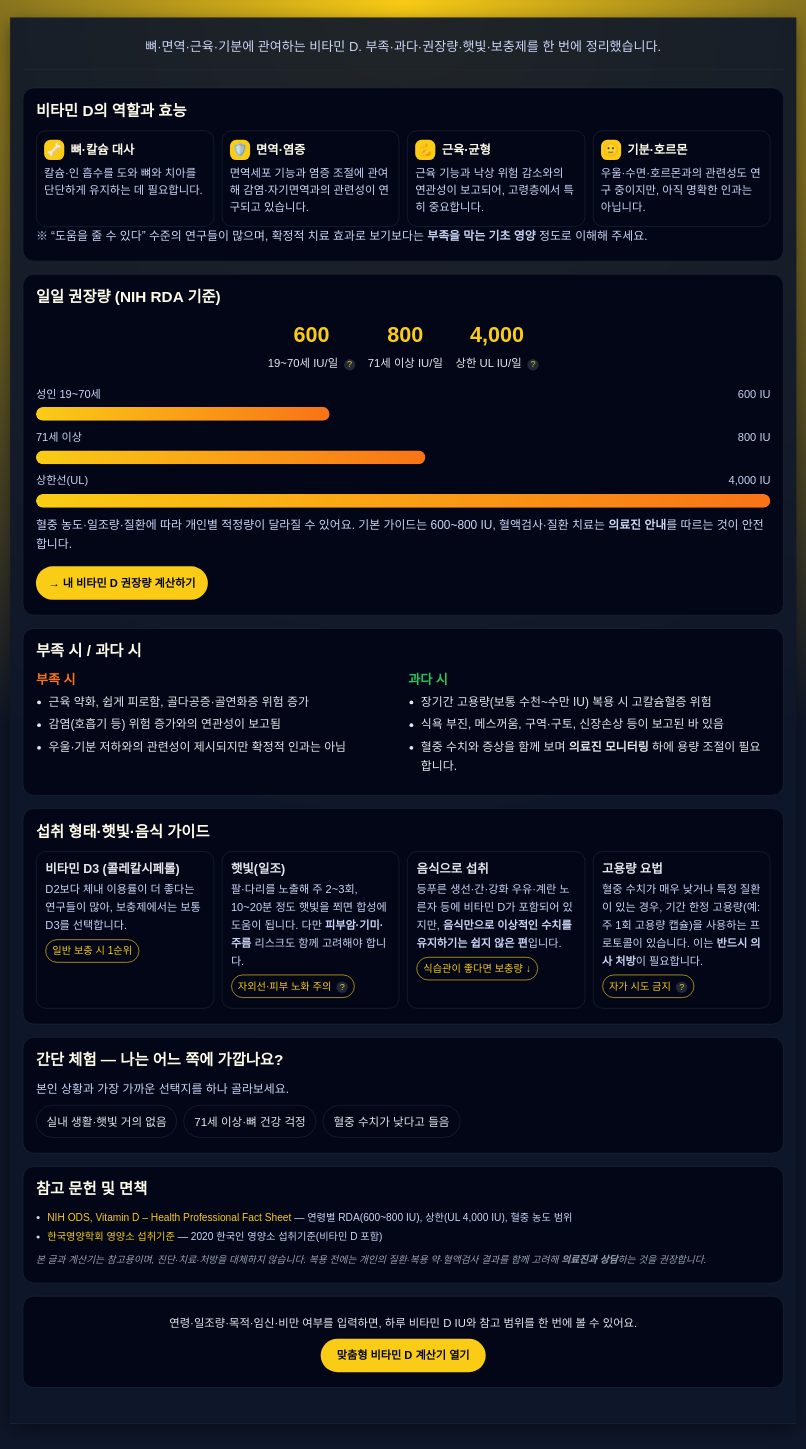
Repository: wevesoft/blog-health
Page: wordpress/blog/wp-infographic-vitamin-d.html
The author's editor kept a copy of each file at every save. The page is drawn from the files as they stood at one save, then again after the next save.
The browser window is 1280 px wide. The pictures show the whole page, at 63% of full size.

Above is the page before, as saved 2026-03-03 17:21:50.

### wordpress/blog/wp-infographic-vitamin-d.html
<!--
  워드프레스 적용: "사용자 정의 HTML" 블록에 이 파일에서 <style> 부터 </script> 까지 통째로 복사해 붙여넣으세요.
  계산기 링크: data-calc-url 값을 실제 비타민 D 계산기 페이지 주소로 바꾸세요.
  예: https://내블로그.com/vitamin-d-dosage-calculator/
  템플릿: 마그네슘 인포그래픽과 같은 구조(H2→H3→H4, .vd-shell)를 사용합니다.
-->
<style>
/* ===== 워드프레스 비타민 D 인포그래픽 공통 (모바일·PC 글자 큼) ===== */
html, body { margin:0; background:#0f172a; font-size: 18px; }
#vd-infographic {
  width: 100%;
  max-width: 100%;
  margin: 0 auto;
  padding: 28px 16px 40px;
  box-sizing: border-box;
  background: radial-gradient(circle at top, #facc15 0, #0f172a 55%);
  font-family: 'Noto Sans KR', sans-serif;
  color: #e5e7eb;
  line-height: 1.65;
  font-size: 1.0625rem;
}
.vd-shell {
  width: 100%;
  max-width: 100%;
  margin: 0;
  background: rgba(15,23,42,0.92);
  border-radius: 0;
  border: none;
  border-top: 1px solid #1f2937;
  border-bottom: 1px solid #1f2937;
  box-shadow: 0 8px 30px rgba(0,0,0,0.5);
  padding: 28px 20px 36px;
  box-sizing: border-box;
}
.vd-shell * { box-sizing: border-box; }

/* 헤더 */
.vd-header {
  text-align: center;
  margin-bottom: 28px;
  padding-bottom: 20px;
  border-bottom: 1px solid #1f2937;
}
.vd-header p {
  font-size: 1.15rem;
  color: #cbd5f5;
  margin: 0;
  line-height: 1.6;
}

/* 섹션 공통 · H2 / H3 / H4 계층 */
.vd-section {
  border-radius: 18px;
  padding: 20px 20px 24px;
  background: #020617;
  border: 1px solid #1f2937;
  margin-bottom: 20px;
}
.vd-section h2 {
  font-size: 1.35rem;
  font-weight: 700;
  margin: 0 0 14px;
  color: #fefce8;
  line-height: 1.35;
}
.vd-section h3 {
  font-size: 1.2rem;
  font-weight: 600;
  margin: 0 0 8px;
  color: #e5e7eb;
  line-height: 1.35;
}
.vd-section h4 {
  font-size: 1.1rem;
  font-weight: 600;
  margin: 0 0 6px;
  color: #e5e7eb;
  line-height: 1.35;
}
.vd-section p {
  font-size: 1.05rem;
  color: #cbd5f5;
  margin: 0 0 8px;
  line-height: 1.6;
}
.vd-section p:last-child { margin-bottom: 0; }

/* 역할 카드 */
.vd-roles-main { margin-bottom: 20px; }
.vd-roles-list {
  display: grid;
  grid-template-columns: repeat(auto-fit, minmax(150px, 1fr));
  gap: 12px;
  margin-top: 12px;
}
.vd-role {
  background: #020617;
  border-radius: 16px;
  padding: 14px 12px 16px;
  text-align: left;
  border: 1px solid #1f2937;
}
.vd-role-top {
  display: flex;
  align-items: center;
  gap: 10px;
  margin-bottom: 8px;
}
.vd-role-icon {
  width: 32px;
  height: 32px;
  border-radius: 10px;
  display: flex;
  align-items: center;
  justify-content: center;
  font-size: 1.1rem;
  background: #facc15;
  color:#111827;
}
.vd-role-label {
  font-size: 1.08rem;
  font-weight: 600;
  color: #fefce8;
}
.vd-role-desc {
  font-size: 1rem;
  color: #cbd5f5;
  line-height: 1.5;
}
.vd-roles-note {
  margin-top: 16px;
  font-size: 0.98rem;
  color: #a5f3fc;
  line-height: 1.5;
}

/* RDA 그래프 */
.vd-rda-main { }
.vd-rda-nums {
  display: flex;
  flex-wrap: wrap;
  gap: 20px;
  justify-content: center;
  margin: 14px 0 18px;
}
.vd-rda-nums .num { text-align:center; }
.vd-rda-nums .val {
  font-size: 1.9rem;
  font-weight: 800;
  color: #facc15;
}
.vd-rda-nums .label {
  font-size: 1rem;
  color: #e5e7eb;
  margin-top: 4px;
}
.vd-rda-bar { margin-top: 12px; }
.vd-rda-row { margin-bottom: 12px; }
.vd-rda-row-header {
  display: flex;
  justify-content: space-between;
  font-size: 0.98rem;
  color: #cbd5f5;
  margin-bottom: 6px;
}
.vd-rda-row-bg {
  height: 22px;
  background: #020617;
  border-radius: 999px;
  overflow: hidden;
}
.vd-rda-row-fill {
  height: 100%;
  background: linear-gradient(90deg,#facc15,#f97316);
  border-radius: 999px;
  min-width: 4px;
}

/* 부족/과다 */
.vd-two-col {
  display: grid;
  grid-template-columns: 1fr 1fr;
  gap: 16px;
}
.vd-two-col ul {
  margin: 0;
  padding-left: 20px;
  font-size: 1.05rem;
  color: #e5e7eb;
  line-height: 1.6;
}
.vd-two-col li { margin: 6px 0; }
.vd-two-col h3.vd-sub { font-size: 1.15rem; margin-bottom: 6px; }

/* 형태·섭취 가이드 */
.vd-types-grid {
  display: grid;
  grid-template-columns: repeat(auto-fit, minmax(180px, 1fr));
  gap: 12px;
  margin-top: 12px;
}
.vd-type-card {
  background: #020617;
  border-radius: 16px;
  padding: 14px 14px 16px;
  border: 1px solid #1f2937;
}
.vd-type-card h4 {
  font-size: 1.1rem;
  margin: 0 0 6px;
}
.vd-type-card p {
  font-size: 0.98rem;
  color: #cbd5f5;
  margin: 0;
}
.vd-type-tag {
  display: inline-block;
  margin-top: 8px;
  padding: 4px 10px;
  border-radius: 999px;
  border: 1px solid #facc15;
  color: #facc15;
  font-size: 0.9rem;
}

/* 퀴즈 & 버튼 */
.vd-quiz-options {
  display: flex;
  flex-wrap: wrap;
  gap: 10px;
  margin-top: 10px;
}
.vd-quiz-btn {
  padding: 12px 16px;
  border-radius: 999px;
  border: 1px solid #1f2937;
  background: #020617;
  color: #e5e7eb;
  font-size: 1.02rem;
  cursor: pointer;
  transition: all 0.2s;
}
.vd-quiz-btn:hover { background: #111827; }
.vd-quiz-btn.selected {
  background: #facc15;
  border-color: #facc15;
  color: #020617;
}
.vd-quiz-result {
  margin-top: 14px;
  padding-top: 12px;
  border-top: 1px solid #1f2937;
  display: none;
  font-size: 1.02rem;
}
.vd-quiz-result.visible { display: block; }
.vd-quiz-result strong { color: #facc15; font-size: 1.08rem; }
.vd-link-btn {
  display: inline-block;
  margin-top: 12px;
  padding: 12px 20px;
  border-radius: 999px;
  background: #facc15;
  color: #020617;
  font-weight: 600;
  font-size: 0.98rem;
  text-decoration: none;
}
.vd-link-btn:hover { opacity:0.95; color:#020617; }

/* CTA */
.vd-cta-main {
  text-align:center;
  margin-top:8px;
}
.vd-cta-main p {
  margin:0 0 10px;
  font-size:1rem;
  color:#e5e7eb;
}
.vd-cta-main .primary {
  display:inline-block;
  padding:12px 26px;
  border-radius:999px;
  background:#facc15;
  color:#020617;
  font-weight:700;
  text-decoration:none;
  font-size:0.98rem;
}
.vd-cta-main .primary:hover { opacity:0.95; color:#020617; }

/* 참고 문헌 */
.vd-trust-list {
  margin:4px 0 0;
  padding-left:18px;
  font-size:0.9rem;
  color:#cbd5f5;
}
.vd-trust-list li { margin:4px 0; }
.vd-trust a { color:#facc15; text-decoration:none; }
.vd-trust a:hover { text-decoration:underline; }
.vd-trust small {
  display:block;
  margin-top:10px;
  font-size:0.86rem;
  color:#9ca3af;
  font-style:italic;
}

/* ? 아이콘 툴팁 */
.vd-info {
  display:inline-flex;
  align-items:center;
  justify-content:center;
  width:18px;
  height:18px;
  margin-left:4px;
  border-radius:999px;
  background:#1f2937;
  color:#facc15;
  font-size:0.8rem;
  cursor:help;
  position:relative;
}
.vd-info::after {
  content: attr(data-tip);
  position:absolute;
  left:50%;
  transform:translateX(-50%);
  bottom:120%;
  min-width:160px;
  max-width:220px;
  padding:8px 10px;
  border-radius:8px;
  background:#020617;
  color:#e5e7eb;
  font-size:0.78rem;
  line-height:1.5;
  border:1px solid #1f2937;
  box-shadow:0 4px 18px rgba(0,0,0,0.6);
  opacity:0;
  visibility:hidden;
  pointer-events:none;
  z-index:5;
}
.vd-info::before {
  content:'';
  position:absolute;
  left:50%;
  transform:translateX(-50%);
  bottom:110%;
  border-width:6px;
  border-style:solid;
  border-color:#020617 transparent transparent transparent;
  opacity:0;
  visibility:hidden;
}
.vd-info:hover::after,
.vd-info:hover::before {
  opacity:1;
  visibility:visible;
}

/* 모바일 최적화 */
@media (max-width: 520px) {
  #vd-infographic {
    padding: 22px 12px 32px;
  }
  .vd-shell {
    padding: 22px 16px 30px;
    border-radius:0;
    border-left:none;
    border-right:none;
  }
  .vd-section {
    padding:18px 14px 20px;
    border-radius:14px;
    margin-bottom:16px;
  }
  .vd-section h2 { font-size:1.2rem; }
  .vd-section h3 { font-size:1.08rem; }
  .vd-section h4 { font-size:1.02rem; }
  .vd-section p { font-size:0.98rem; }
  .vd-roles-list { grid-template-columns: repeat(auto-fit,minmax(140px,1fr)); }
  .vd-two-col { grid-template-columns:1fr; gap:12px; }
  .vd-types-grid { grid-template-columns:1fr; }
  .vd-quiz-btn { font-size:0.98rem; padding:11px 14px; }
  .vd-link-btn { font-size:0.95rem; padding:10px 18px; }
}
</style>

<div id="vd-infographic" data-calc-url="https://YOUR-SITE.com/vitamin-d-dosage-calculator/">
  <div class="vd-shell">
    <header class="vd-header">
      <p>뼈·면역·근육·기분에 관여하는 비타민 D. 부족·과다·권장량·햇빛·보충제를 한 번에 정리했습니다.</p>
    </header>

    <section class="vd-section vd-roles-main">
      <h2>비타민 D의 역할과 효능</h2>
      <div class="vd-roles-list">
        <div class="vd-role">
          <div class="vd-role-top">
            <div class="vd-role-icon">🦴</div>
            <div class="vd-role-label">뼈·칼슘 대사</div>
          </div>
          <div class="vd-role-desc">칼슘·인 흡수를 도와 뼈와 치아를 단단하게 유지하는 데 필요합니다.</div>
        </div>
        <div class="vd-role">
          <div class="vd-role-top">
            <div class="vd-role-icon">🛡️</div>
            <div class="vd-role-label">면역·염증</div>
          </div>
          <div class="vd-role-desc">면역세포 기능과 염증 조절에 관여해 감염·자기면역과의 관련성이 연구되고 있습니다.</div>
        </div>
        <div class="vd-role">
          <div class="vd-role-top">
            <div class="vd-role-icon">💪</div>
            <div class="vd-role-label">근육·균형</div>
          </div>
          <div class="vd-role-desc">근육 기능과 낙상 위험 감소와의 연관성이 보고되어, 고령층에서 특히 중요합니다.</div>
        </div>
        <div class="vd-role">
          <div class="vd-role-top">
            <div class="vd-role-icon">🙂</div>
            <div class="vd-role-label">기분·호르몬</div>
          </div>
          <div class="vd-role-desc">우울·수면·호르몬과의 관련성도 연구 중이지만, 아직 명확한 인과는 아닙니다.</div>
        </div>
      </div>
      <p class="vd-roles-note">※ “도움을 줄 수 있다” 수준의 연구들이 많으며, 확정적 치료 효과로 보기보다는 <strong>부족을 막는 기초 영양</strong> 정도로 이해해 주세요.</p>
    </section>

    <section class="vd-section vd-rda-main">
      <h2>일일 권장량 (NIH RDA 기준)</h2>
      <div class="vd-rda-nums">
        <div class="num">
          <div class="val">600</div>
          <div class="label">19~70세 IU/일 <span class="vd-info" data-tip="성인 19~70세 대부분에게 권장되는 기본 비타민 D 섭취량입니다.">?</span></div>
        </div>
        <div class="num">
          <div class="val">800</div>
          <div class="label">71세 이상 IU/일</div>
        </div>
        <div class="num">
          <div class="val">4,000</div>
          <div class="label">상한 UL IU/일 <span class="vd-info" data-tip="일반 성인이 넘어가지 않기를 권장하는 하루 상한선(UL)입니다. 질환·치료 목적 고용량은 예외로 의료진 판단이 필요합니다.">?</span></div>
        </div>
      </div>
      <div class="vd-rda-bar">
        <div class="vd-rda-row">
          <div class="vd-rda-row-header"><span>성인 19~70세</span><span>600 IU</span></div>
          <div class="vd-rda-row-bg"><div class="vd-rda-row-fill" style="width:40%;"></div></div>
        </div>
        <div class="vd-rda-row">
          <div class="vd-rda-row-header"><span>71세 이상</span><span>800 IU</span></div>
          <div class="vd-rda-row-bg"><div class="vd-rda-row-fill" style="width:53%;"></div></div>
        </div>
        <div class="vd-rda-row">
          <div class="vd-rda-row-header"><span>상한선(UL)</span><span>4,000 IU</span></div>
          <div class="vd-rda-row-bg"><div class="vd-rda-row-fill" style="width:100%;"></div></div>
        </div>
      </div>
      <p style="margin-top:8px;">혈중 농도·일조량·질환에 따라 개인별 적정량이 달라질 수 있어요. 기본 가이드는 600~800 IU, 혈액검사·질환 치료는 <strong>의료진 안내</strong>를 따르는 것이 안전합니다.</p>
      <a href="#" class="vd-link-btn vd-calc-link">→ 내 비타민 D 권장량 계산하기</a>
    </section>

    <section class="vd-section">
      <h2>부족 시 / 과다 시</h2>
      <div class="vd-two-col">
        <div>
          <h3 class="vd-sub" style="color:#f97316;">부족 시</h3>
          <ul>
            <li>근육 약화, 쉽게 피로함, 골다공증·골연화증 위험 증가</li>
            <li>감염(호흡기 등) 위험 증가와의 연관성이 보고됨</li>
            <li>우울·기분 저하와의 관련성이 제시되지만 확정적 인과는 아님</li>
          </ul>
        </div>
        <div>
          <h3 class="vd-sub" style="color:#22c55e;">과다 시</h3>
          <ul>
            <li>장기간 고용량(보통 수천~수만 IU) 복용 시 고칼슘혈증 위험</li>
            <li>식욕 부진, 메스꺼움, 구역·구토, 신장손상 등이 보고된 바 있음</li>
            <li>혈중 수치와 증상을 함께 보며 <strong>의료진 모니터링</strong> 하에 용량 조절이 필요합니다.</li>
          </ul>
        </div>
      </div>
    </section>

    <section class="vd-section">
      <h2>섭취 형태·햇빛·음식 가이드</h2>
      <div class="vd-types-grid">
        <div class="vd-type-card">
          <h4>비타민 D3 (콜레칼시페롤)</h4>
          <p>D2보다 체내 이용률이 더 좋다는 연구들이 많아, 보충제에서는 보통 D3를 선택합니다.</p>
          <span class="vd-type-tag">일반 보충 시 1순위</span>
        </div>
        <div class="vd-type-card">
          <h4>햇빛(일조)</h4>
          <p>팔·다리를 노출해 주 2~3회, 10~20분 정도 햇빛을 쬐면 합성에 도움이 됩니다. 다만 <strong>피부암·기미·주름</strong> 리스크도 함께 고려해야 합니다.</p>
          <span class="vd-type-tag">자외선·피부 노화 주의 <span class="vd-info" data-tip="비타민 D 합성을 위해 일부러 화상이 생길 정도로 햇빛을 쬐는 것은 권장되지 않습니다. 자외선 차단·피부암 위험을 함께 고려해야 합니다.">?</span></span>
        </div>
        <div class="vd-type-card">
          <h4>음식으로 섭취</h4>
          <p>등푸른 생선·간·강화 우유·계란 노른자 등에 비타민 D가 포함되어 있지만, <strong>음식만으로 이상적인 수치를 유지하기는 쉽지 않은 편</strong>입니다.</p>
          <span class="vd-type-tag">식습관이 좋다면 보충량 ↓</span>
        </div>
        <div class="vd-type-card">
          <h4>고용량 요법</h4>
          <p>혈중 수치가 매우 낮거나 특정 질환이 있는 경우, 기간 한정 고용량(예: 주 1회 고용량 캡슐)을 사용하는 프로토콜이 있습니다. 이는 <strong>반드시 의사 처방</strong>이 필요합니다.</p>
          <span class="vd-type-tag">자가 시도 금지 <span class="vd-info" data-tip="고용량 또는 주사제 비타민 D는 혈중 농도와 신장 기능 등을 함께 보면서 의료진이 조절해야 합니다.">?</span></span>
        </div>
      </div>
    </section>

    <section class="vd-section">
      <h2>간단 체험 — 나는 어느 쪽에 가깝나요?</h2>
      <p style="margin-bottom:8px;">본인 상황과 가장 가까운 선택지를 하나 골라보세요.</p>
      <div class="vd-quiz-options">
        <button type="button" class="vd-quiz-btn"
          data-type="lowSun"
          data-name="실내 위주·일조 적음"
          data-desc="실내 근무·마스크·자외선 차단제를 자주 사용하는 경우, 음식만으로 비타민 D를 충분히 채우기 어렵습니다. 혈중 수치를 모른다면 기본 600~800 IU 가이드를 따르되, 계산기로 내 상황을 한 번 정리해 보세요.">
          실내 생활·햇빛 거의 없음
        </button>
        <button type="button" class="vd-quiz-btn"
          data-type="elderly"
          data-name="고령·낙상·골다공증 걱정"
          data-desc="71세 이상·골다공증 위험이 높다면 800 IU 이상이 권장되는 경우가 많습니다. 칼슘·운동·약물과 함께 전체 뼈 건강 플랜 안에서 비타민 D를 고려해야 합니다.">
          71세 이상·뼈 건강 걱정
        </button>
        <button type="button" class="vd-quiz-btn"
          data-type="labs"
          data-name="혈액검사 상 부족 진단"
          data-desc="이미 비타민 D 부족 진단을 받았다면, 용량·기간·재검사 시점은 반드시 의료진과 상의해야 합니다. 계산기는 참고용으로만 활용해 주세요.">
          혈중 수치가 낮다고 들음
        </button>
      </div>
      <div class="vd-quiz-result" id="vdQuizResult">
        <strong id="vdQuizType"></strong>
        <p id="vdQuizDesc" style="margin:6px 0 0;"></p>
        <a href="#" class="vd-link-btn vd-calc-link">→ 내 비타민 D 권장량 계산기로 이동</a>
      </div>
    </section>

    <section class="vd-section vd-trust">
      <h2>참고 문헌 및 면책</h2>
      <ul class="vd-trust-list">
        <li><a href="https://ods.od.nih.gov/factsheets/VitaminD-HealthProfessional/" target="_blank" rel="noopener">NIH ODS, Vitamin D – Health Professional Fact Sheet</a> — 연령별 RDA(600~800 IU), 상한(UL 4,000 IU), 혈중 농도 범위</li>
        <li><a href="https://www.kns.or.kr/nutrient.asp" target="_blank" rel="noopener">한국영양학회 영양소 섭취기준</a> — 2020 한국인 영양소 섭취기준(비타민 D 포함)</li>
      </ul>
      <small>본 글과 계산기는 참고용이며, 진단·치료·처방을 대체하지 않습니다. 복용 전에는 개인의 질환·복용 약·혈액검사 결과를 함께 고려해 <strong>의료진과 상담</strong>하는 것을 권장합니다.</small>
    </section>

    <section class="vd-section">
      <div class="vd-cta-main">
        <p>연령·일조량·목적·임신·비만 여부를 입력하면, 하루 비타민 D IU와 참고 범위를 한 번에 볼 수 있어요.</p>
        <a href="#" class="primary vd-calc-link">맞춤형 비타민 D 계산기 열기</a>
      </div>
    </section>

  </div>
</div>

<script>
(function() {
  var root = document.getElementById('vd-infographic');
  if (!root) return;
  var calcUrl = (root.getAttribute('data-calc-url') || '').trim();
  if (calcUrl) {
    root.querySelectorAll('.vd-calc-link').forEach(function(a) { a.href = calcUrl; });
  }
  var opts = root.querySelectorAll('.vd-quiz-btn');
  var result = root.querySelector('#vdQuizResult');
  var typeName = root.querySelector('#vdQuizType');
  var quizDesc = root.querySelector('#vdQuizDesc');
  opts.forEach(function(btn) {
    btn.addEventListener('click', function() {
      opts.forEach(function(b) { b.classList.remove('selected'); });
      btn.classList.add('selected');
      typeName.textContent = '선택한 상황: ' + btn.getAttribute('data-name');
      quizDesc.textContent = btn.getAttribute('data-desc');
      result.classList.add('visible');
    });
  });
})();
</script>

After the next save:
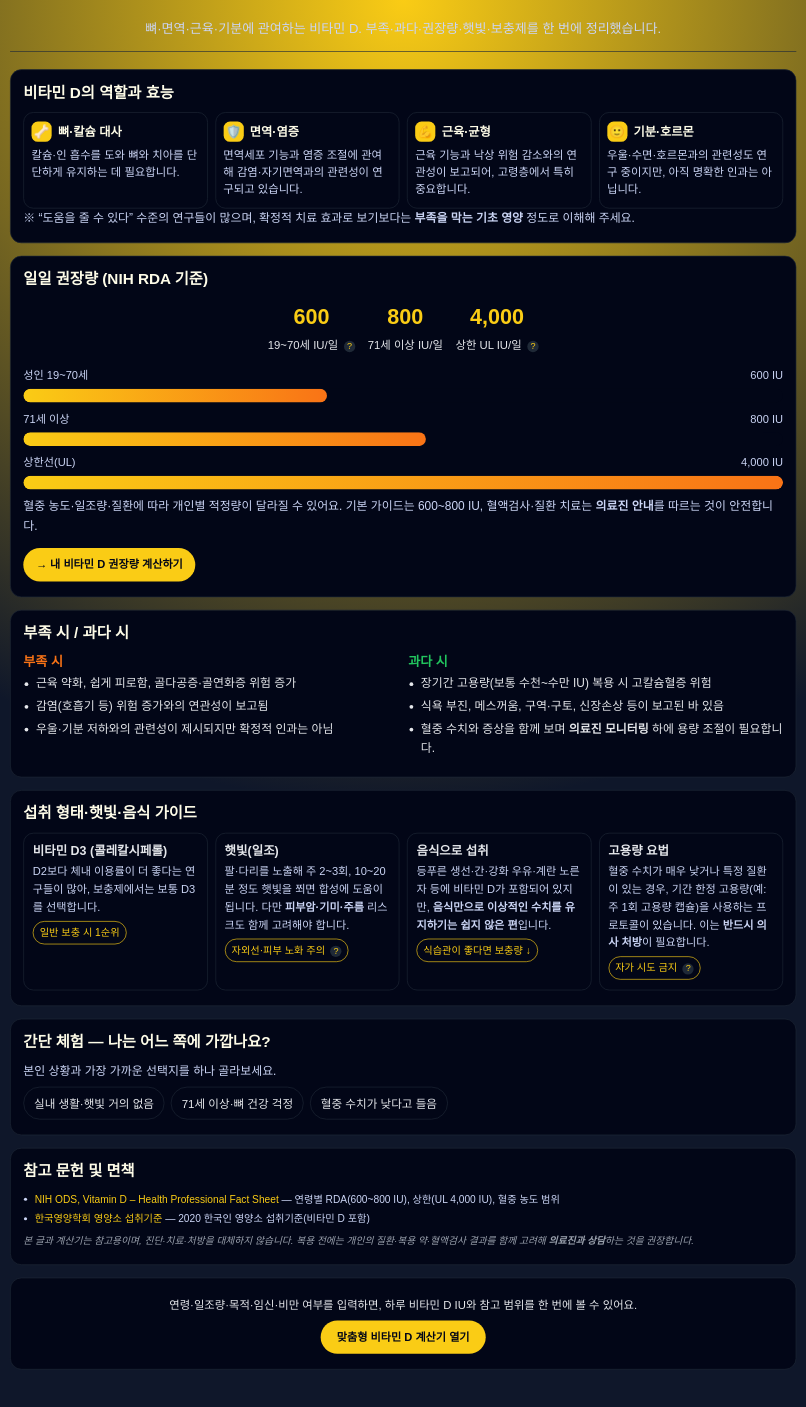
Saved 4 min 19 s later.
--- a/wordpress/blog/wp-infographic-vitamin-d.html
+++ b/wordpress/blog/wp-infographic-vitamin-d.html
@@ -392,7 +392,7 @@
 </style>
 
 <div id="vd-infographic" data-calc-url="https://YOUR-SITE.com/vitamin-d-dosage-calculator/">
-  <div class="vd-shell">
+  <div class="vd-shelll">
     <header class="vd-header">
       <p>뼈·면역·근육·기분에 관여하는 비타민 D. 부족·과다·권장량·햇빛·보충제를 한 번에 정리했습니다.</p>
     </header>

After the save that followed:
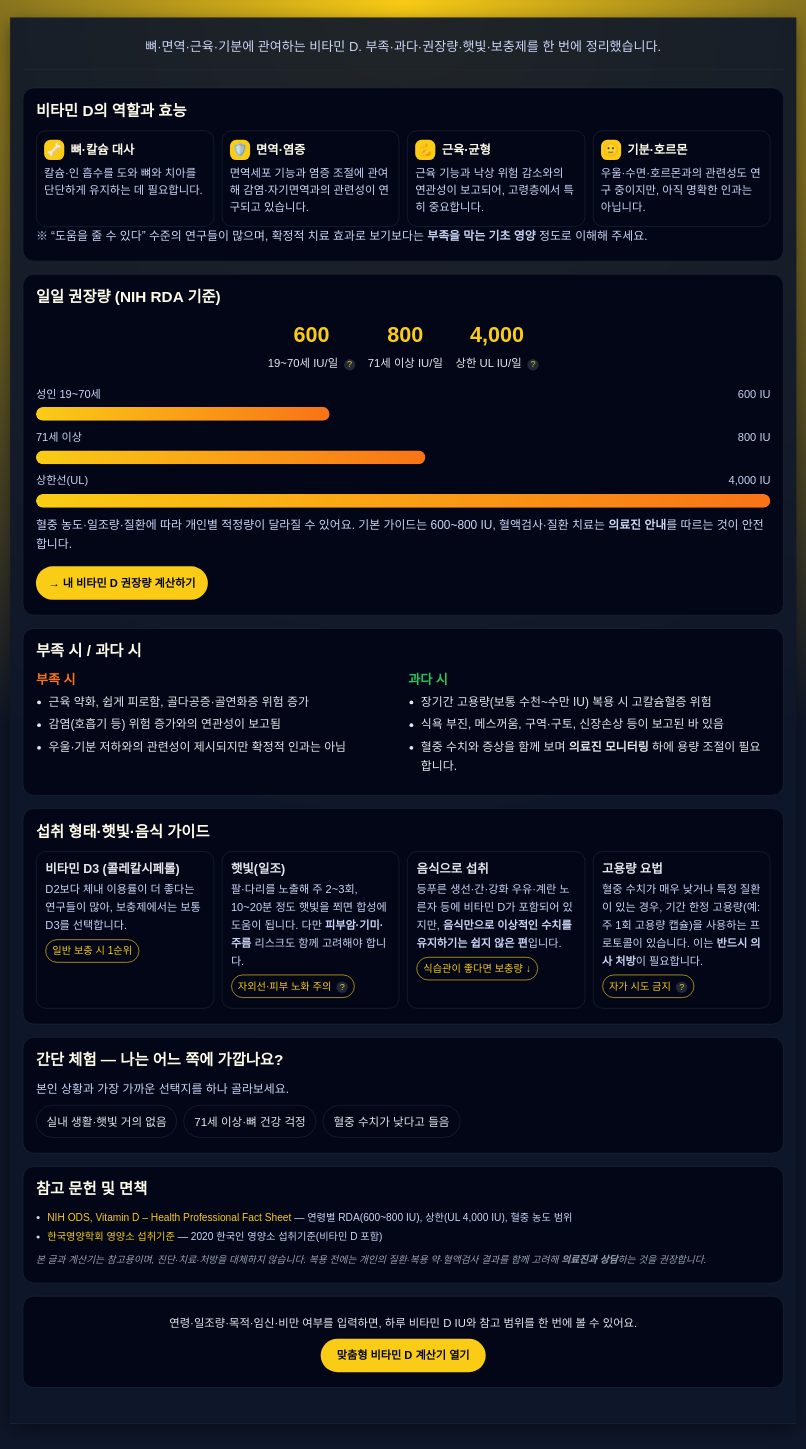
Saved 21 s later.
--- a/wordpress/blog/wp-infographic-vitamin-d.html
+++ b/wordpress/blog/wp-infographic-vitamin-d.html
@@ -392,7 +392,7 @@
 </style>
 
 <div id="vd-infographic" data-calc-url="https://YOUR-SITE.com/vitamin-d-dosage-calculator/">
-  <div class="vd-shelll">
+  <div class="vd-shell">
     <header class="vd-header">
       <p>뼈·면역·근육·기분에 관여하는 비타민 D. 부족·과다·권장량·햇빛·보충제를 한 번에 정리했습니다.</p>
     </header>
